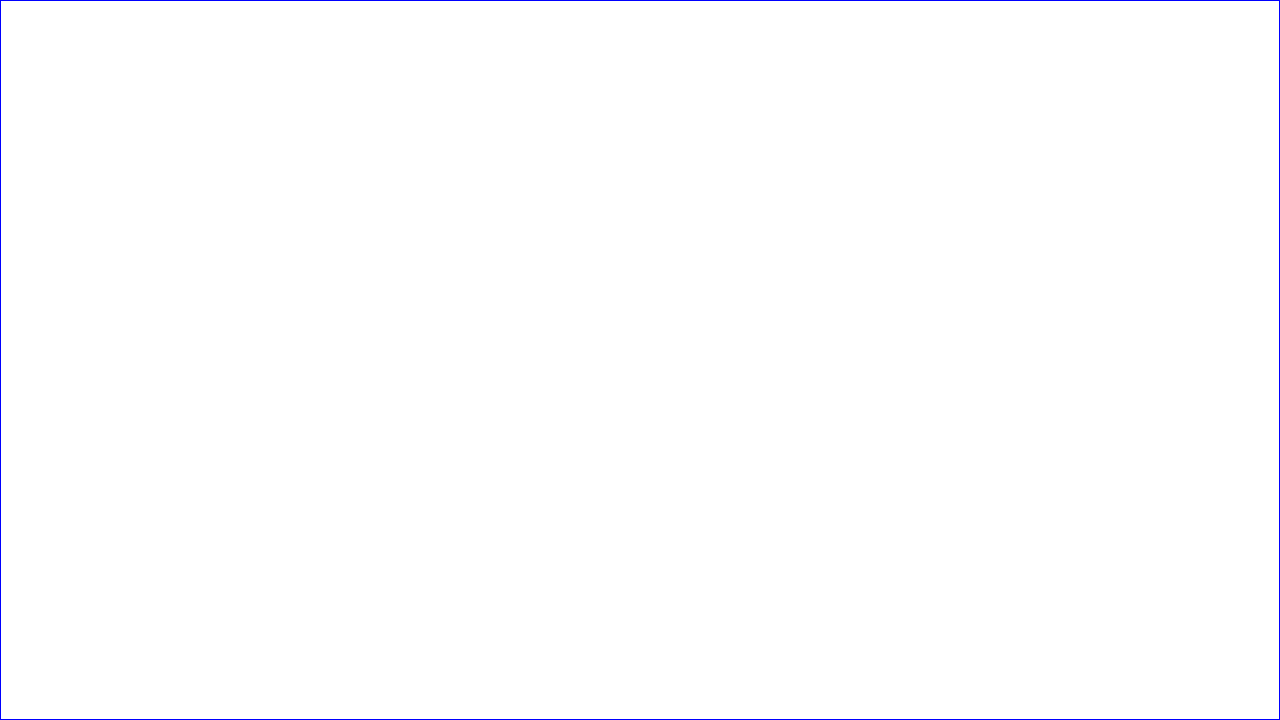
Repository: Lixianlai-2/Canvas-demo
Page: index.html
An editor plug-in stored every save of this project. The page is shown before and after the next save, followed by the edit.
The browser window is 1280 px wide. The pictures show the whole page.
After loading, the first visible `#canvass` was clicked once.

Above is the page before, as saved 2021-12-19 09:10:42.

### index.html
<!DOCTYPE html>
<html lang="en">
  <head>
    <meta charset="UTF-8" />
    <meta http-equiv="X-UA-Compatible" content="IE=edge" />
    <meta name="viewport" content="width=device-width, initial-scale=1.0" />
    <link rel="stylesheet" href="/style.css" />
    <script defer src="/main.js"></script>
    <title>Document</title>
  </head>
  <body>
    <div id="canvass"></div>
  </body>
</html>

### style.css
* {
  margin: 0;
  padding: 0;
  box-sizing: border-box;
}

#canvass {
  border: 1px solid blue;
  height: 100vh;
}

### main.js
canvass.onclick = (e) => {
  console.log(e);
  console.log(e.clientX);
  console.log(e.clientY);

  let div = document.createElement("div");
  console.log(div);
  div.style.border = "1px solid red";
};

After the next save:
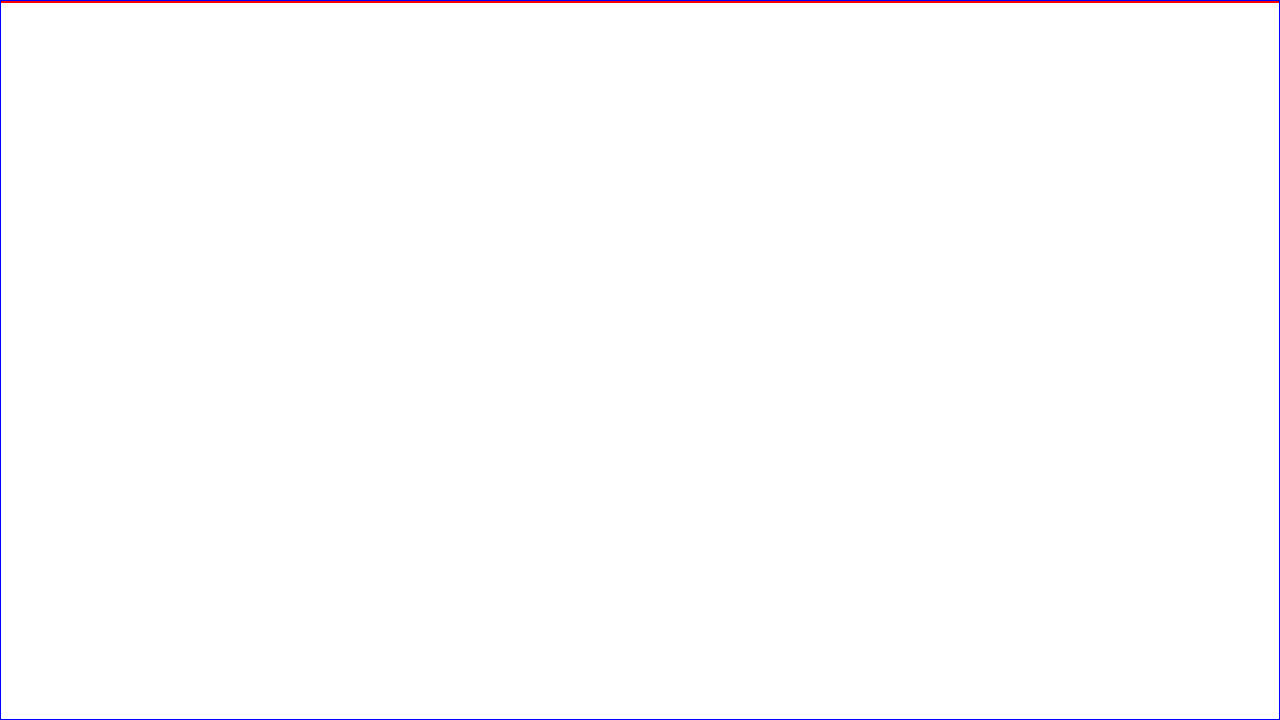
Saved 34 s later.
--- a/main.js
+++ b/main.js
@@ -6,4 +6,5 @@
   let div = document.createElement("div");
   console.log(div);
   div.style.border = "1px solid red";
+  canvass.appendChild(div);
 };

After the save that followed:
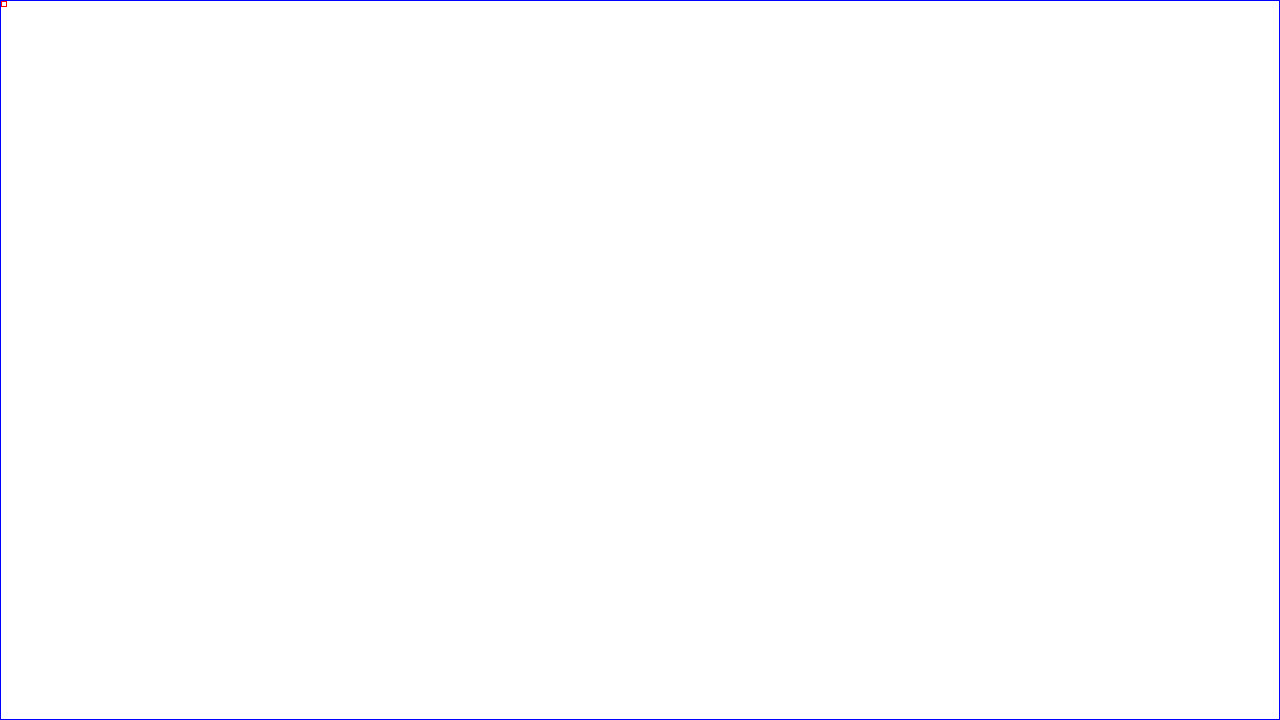
Saved 51 s later.
--- a/main.js
+++ b/main.js
@@ -6,5 +6,8 @@
   let div = document.createElement("div");
   console.log(div);
   div.style.border = "1px solid red";
+  div.style.height = "6px";
+  div.style.width = "6px";
+
   canvass.appendChild(div);
 };
